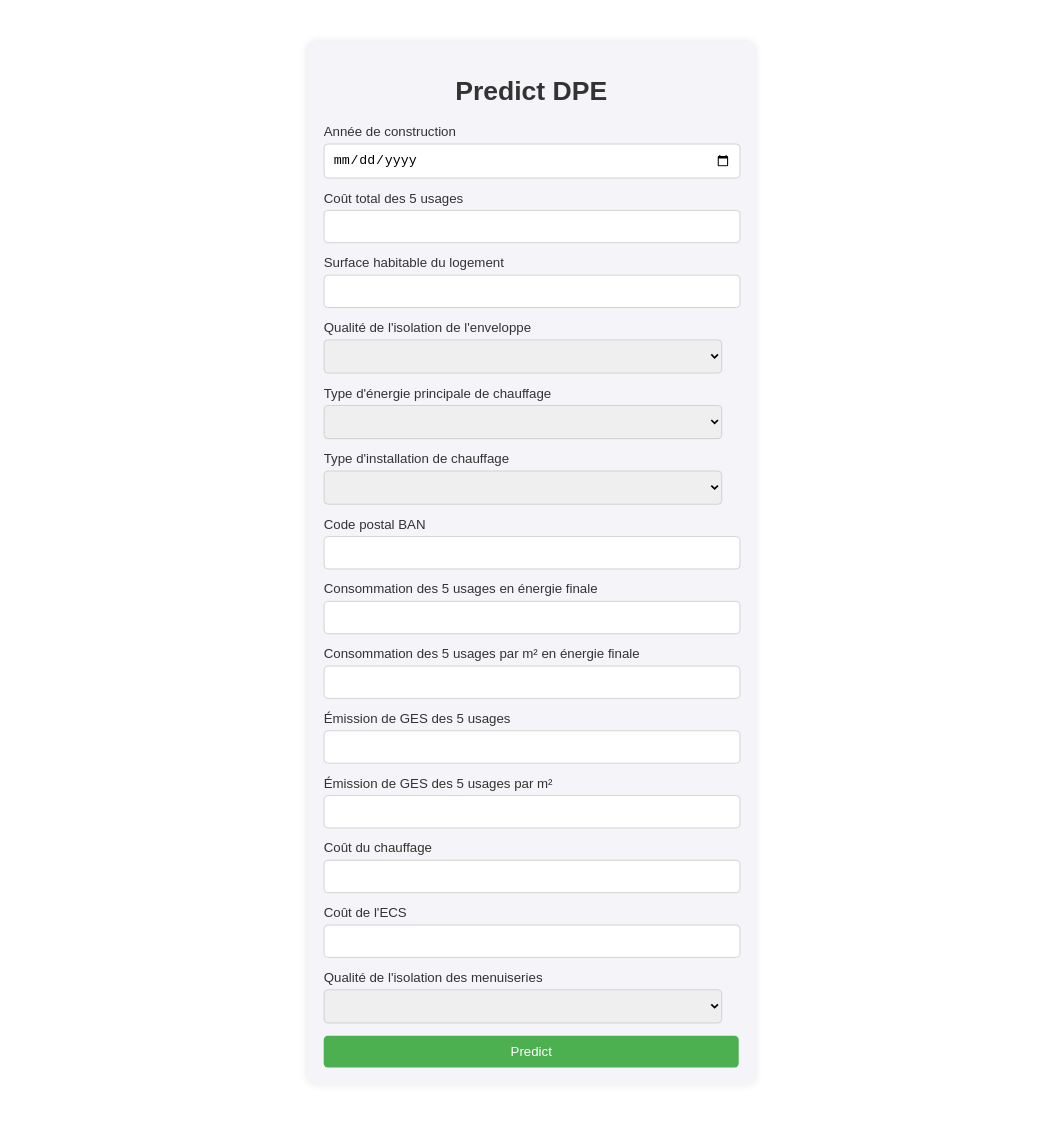
Repository: abdouAppcraft/Predict-DPE
Page: /
The author's editor kept a copy of each file at every save. The page is drawn from the files as they stood at one save, then again after the next save.
The browser window is 1280 px wide. The pictures show the whole page, at 83% of full size.
The page's requests for data from a server got no answer. The project was rebuilt for these pictures with package versions that can differ from the ones it lists, and the page was loaded fresh each time. No one was signed in, and anything a server would have sent is missing. Also part of the build but not shown: src/screens/Result/Result.tsx.

Above is the page before, as saved 2024-06-11 16:26:51.

### src/App.tsx
import React from "react";
import PredictForm from "./screens/PredictForm/PredictForm";
import { createBrowserRouter, RouterProvider } from "react-router-dom";
import Result from "./screens/Result/Result";

const router = createBrowserRouter([
  {
    path: "/",
    Component: PredictForm,
  },
  {
    path: "/result",
    Component: Result,
  },
]);

const App: React.FC = () => {
  return (
    <>
      <RouterProvider router={router} />
    </>
  );
};

export default App;

### src/screens/PredictForm/PredictForm.tsx
import React, { useState } from "react";
import { useNavigate } from "react-router-dom";
import { useDpeOptions } from "../../hooks/useDpeOptions";
import "./PredictForm.css";
import strings from "../../strings/string";

type Field = {
  name: string;
  type: string;
};

const field: Field[] = [
  { name: "Annee_construction", type: "date" },
  { name: "Cout_total_5_usages", type: "number" },
  { name: "Surface_habitable_logement", type: "number" },
];

const advancedField: Field[] = [
  { name: "Qualite_isolation_enveloppe", type: "select" },
  { name: "Type_energie_principale_chauffage", type: "select" },
  { name: "Type_installation_chauffage", type: "select" },
  { name: "Code_postal_BAN", type: "address" },
  { name: "Conso_5_usages_e_finale", type: "number" },
  { name: "Conso_5_usagesm2_e_finale", type: "number" },
  { name: "Emission_GES_5_usages", type: "number" },
  { name: "Emission_GES_5_usages_par_m2", type: "number" },
  { name: "Cout_chauffage", type: "number" },
  { name: "Cout_ECS", type: "number" },
  { name: "Qualite_isolation_menuiseries", type: "select" },
];

const PredictForm: React.FC = () => {
  const [formData, setFormData] = useState<Record<string, any>>({});

  const [prediction, setPrediction] = useState<string | null>(null);
  const navigate = useNavigate();
  const options = useDpeOptions();

  console.log({ options });

  const handleChange = (
    e: React.ChangeEvent<HTMLInputElement | HTMLSelectElement>
  ) => {
    const { name, value, type } = e.target;
    if (type === "checkbox") {
      setFormData({
        ...formData,
        [name]: (e.target as HTMLInputElement).checked,
      });
    } else {
      setFormData({
        ...formData,
        [name]: value,
      });
    }
  };

  const handleSubmit = async (e: React.FormEvent) => {
    e.preventDefault();
    console.log("Form Data Submitted:", formData); // Ajoutez ce journal pour voir les données soumises
    try {
      // const response = await axios.post(
      //   "http://localhost:8000/predict/",
      //   formData
      // );
      // console.log("Prediction Response:", response.data); // Ajoutez ce journal pour voir la réponse
      // setPrediction(response.data.predicted_DPE);
      navigate("/result");
    } catch (error) {
      console.error("There was an error making the request:", error);
    }
  };

  const renderRow = (f: Field) => {
    switch (f.type) {
      case "select":
        return (
          <div className="form-group">
            <label>{strings[f.name as keyof typeof strings]}</label>
            <select
              name={f.name}
              value={formData[f.name]}
              onChange={handleChange}
              required
            >
              {options &&
                Object.hasOwn(options, f.name) &&
                options[f.name as keyof typeof options].map(
                  (option: string) => {
                    return <option>{option} </option>;
                  }
                )}
            </select>
          </div>
        );
        break;

      default:
        return (
          <>
            <div className="form-group">
              <label>{strings[f.name as keyof typeof strings]}</label>
              <input
                type={f.type}
                name={f.name}
                value={formData[f.name]}
                onChange={handleChange}
                required
              />
            </div>
          </>
        );
    }
  };

  return (
    <div className="predict-form">
      <h1>Predict DPE</h1>
      <form onSubmit={handleSubmit}>
        {/* <div className="form-group">
          <label>Surface habitable (m²):</label>
          <input
            type="number"
            name="Surface_habitable"
            value={formData.Surface_habitable}
            onChange={handleChange}
            required
          />
        </div>
        <div className="form-group">
          <label>Année de construction:</label>
          <input
            type="number"
            name="Annee_construction"
            value={formData.Annee_construction}
            onChange={handleChange}
            required
          />
        </div>
        <div className="form-group">
          <label>Type de chauffage:</label>
          <select
            name="Type_chauffage"
            value={formData.Type_chauffage}
            onChange={handleChange}
            required
          >
            <option value="">--Choisir--</option>
            <option value="électrique">Électrique</option>
            <option value="gaz">Gaz</option>
            <option value="fioul">Fioul</option>
            <option value="bois">Bois</option>
            <option value="autre">Autre</option>
          </select>
        </div>
        <div className="form-group">
          <label>Panneaux solaires:</label>
          <input
            type="checkbox"
            name="Panneaux_solaires"
            checked={formData.Panneaux_solaires}
            onChange={handleChange}
          />
        </div>
        <div className="form-group">
          <label>Nombre de pièces:</label>
          <input
            type="number"
            name="Nombre_pieces"
            value={formData.Nombre_pieces}
            onChange={handleChange}
            required
          />
        </div> */}
        {field.map((f) => renderRow(f))}
        {advancedField.map((f) => renderRow(f))}
        <button type="submit" className="submit-btn">
          Predict
        </button>
      </form>
      {prediction && <h2>Predicted DPE: {prediction}</h2>}
    </div>
  );
};

export default PredictForm;

### src/hooks/useDpeOptions.tsx
import axios from "axios";
import { useEffect, useState } from "react";

type DPE_Options_Type = {
  Qualite_isolation_enveloppe: string[];
  Type_energie_principale_chauffage: string[];
  Type_installation_chauffage: string[];
  Qualite_isolation_menuiseries: string[];
};
export const useDpeOptions = () => {
  const [options, setOptions] = useState<DPE_Options_Type>();

  useEffect(() => {
    axios
      .get<DPE_Options_Type>("http://127.0.0.1:8000/dpe/options")
      .then((res) => {
        setOptions(res.data);
      });
  }, []);

  return options;
};

### src/screens/PredictForm/PredictForm.css
.predict-form {
    max-width: 500px;
    margin: 50px auto;
    padding: 20px;
    background-color: #f4f4f9;
    border-radius: 10px;
    box-shadow: 0 0 10px rgba(0, 0, 0, 0.1);
    font-family: Arial, sans-serif;
}

.predict-form h1 {
    text-align: center;
    color: #333;
}

.form-group {
    margin-bottom: 15px;
}

.form-group label {
    display: block;
    margin-bottom: 5px;
    color: #333;
}

.form-group input,
.form-group select {
    width: calc(100% - 20px);
    padding: 10px;
    border: 1px solid #ccc;
    border-radius: 5px;
    font-size: 16px;
}

.form-group input[type="checkbox"] {
    width: auto;
}

.submit-btn {
    width: 100%;
    padding: 10px;
    background-color: #4CAF50;
    color: white;
    border: none;
    border-radius: 5px;
    font-size: 16px;
    cursor: pointer;
    transition: background-color 0.3s ease;
}

.submit-btn:hover {
    background-color: #45a049;
}

h2 {
    text-align: center;
    color: #333;
    margin-top: 20px;
}

### src/strings/string.ts
const strings = {
  Annee_construction: "Année de construction",
  Cout_total_5_usages: "Coût total des 5 usages",
  Surface_habitable_logement: "Surface habitable du logement",
  Qualite_isolation_enveloppe: "Qualité de l'isolation de l'enveloppe",
  Type_energie_principale_chauffage: "Type d'énergie principale de chauffage",
  Type_installation_chauffage: "Type d'installation de chauffage",
  Code_postal_BAN: "Code postal BAN",
  Conso_5_usages_e_finale: "Consommation des 5 usages en énergie finale",
  Conso_5_usagesm2_e_finale:
    "Consommation des 5 usages par m² en énergie finale",
  Emission_GES_5_usages: "Émission de GES des 5 usages",
  Emission_GES_5_usages_par_m2: "Émission de GES des 5 usages par m²",
  Cout_chauffage: "Coût du chauffage",
  Cout_ECS: "Coût de l'ECS",
  Qualite_isolation_menuiseries: "Qualité de l'isolation des menuiseries",
};

export default strings;

Loaded but not shown: public/index.html (common file); src/index.tsx (common file); src/index.css (common file); src/reportWebVitals.ts (common file)

After the next save:
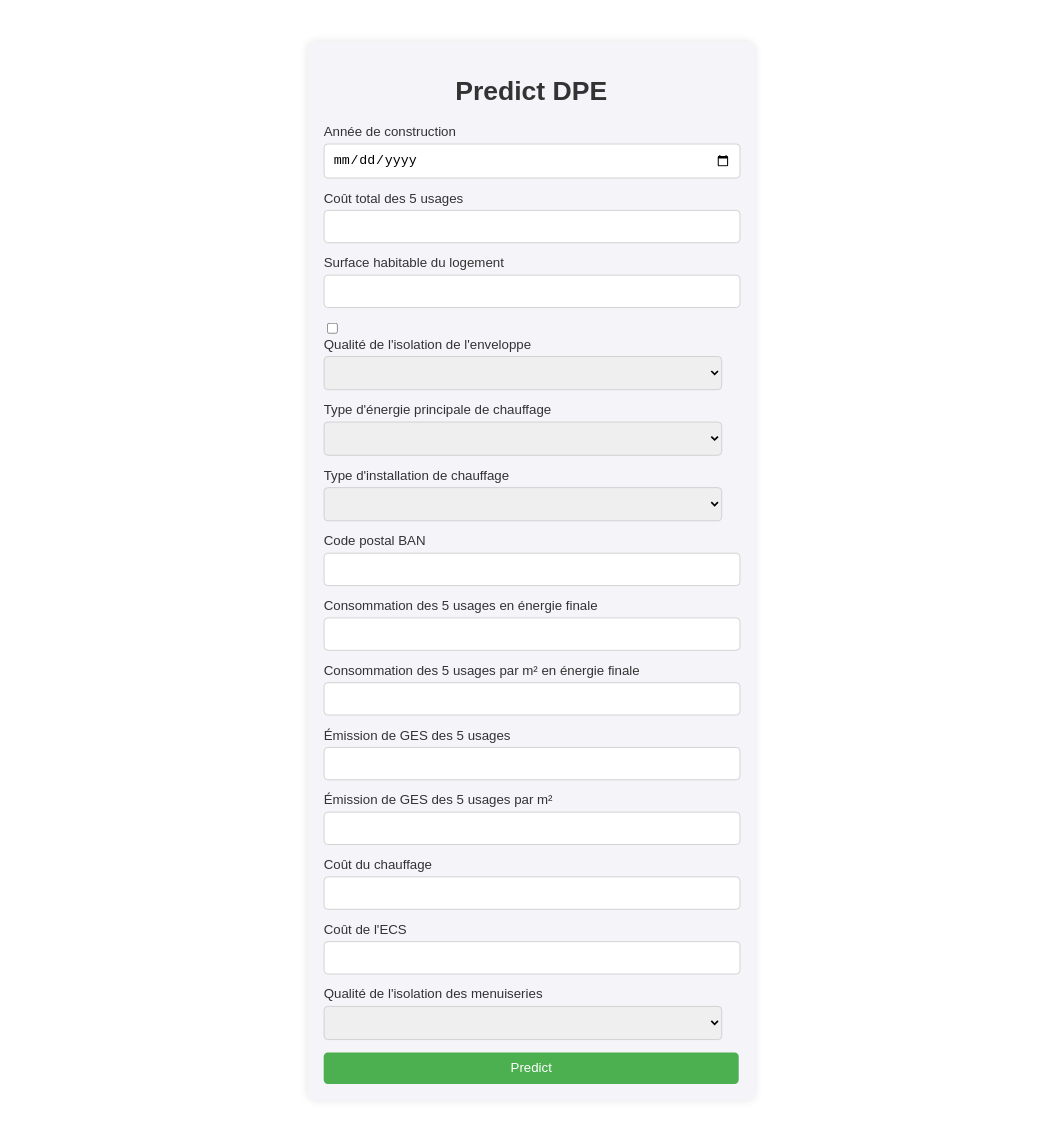
Saved 72 s later.
--- a/src/screens/PredictForm/PredictForm.tsx
+++ b/src/screens/PredictForm/PredictForm.tsx
@@ -31,6 +31,7 @@ const advancedField: Field[] = [
 
 const PredictForm: React.FC = () => {
   const [formData, setFormData] = useState<Record<string, any>>({});
+  const [advancedOp, setAdvancedOp] = useState(false);
 
   const [prediction, setPrediction] = useState<string | null>(null);
   const navigate = useNavigate();
@@ -173,6 +174,7 @@ const PredictForm: React.FC = () => {
           />
         </div> */}
         {field.map((f) => renderRow(f))}
+        <input type="checkbox" name="advancedField" />
         {advancedField.map((f) => renderRow(f))}
         <button type="submit" className="submit-btn">
           Predict
